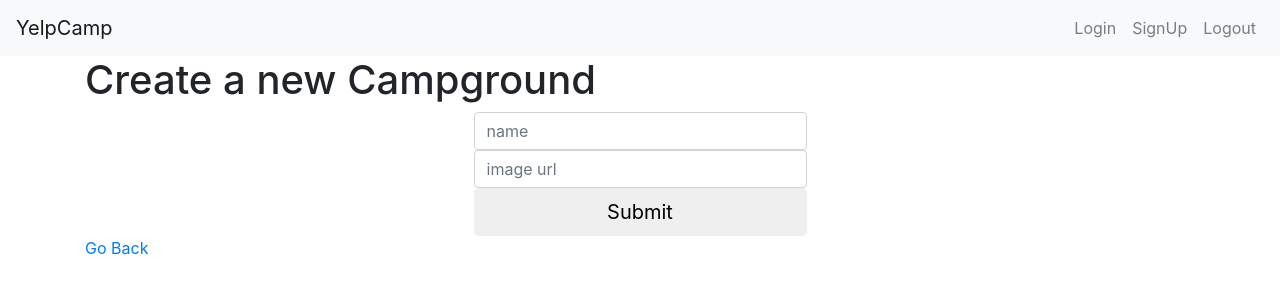
Repository: ninad1999/Yelp-Camp
Page: http://localhost/campgrounds/new
The author's editor kept a record of every edit. The page is drawn from the files as they stood at one moment, then again after the next edit.
The browser window is 1280 px wide. The pictures show the whole page.
The page is served by the project's Node server (V1/app.js).

Above is the page before.

After the next edit:
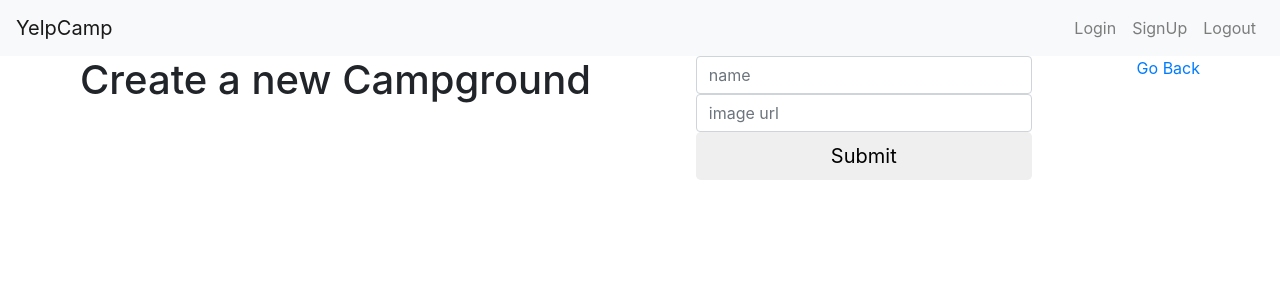
The edit:
--- a/workspace/V1/views/new.ejs
+++ b/workspace/V1/views/new.ejs
@@ -1,7 +1,7 @@
 <% include partials/header %>
 
 <div class="container">
-    <!--<div class="form-row">-->
+    <div class="form-row">
         <h1>Create a new Campground</h1>
         <div style="width: 30%; margin: 0 auto">
             <form action="/campgrounds" method="POST">
